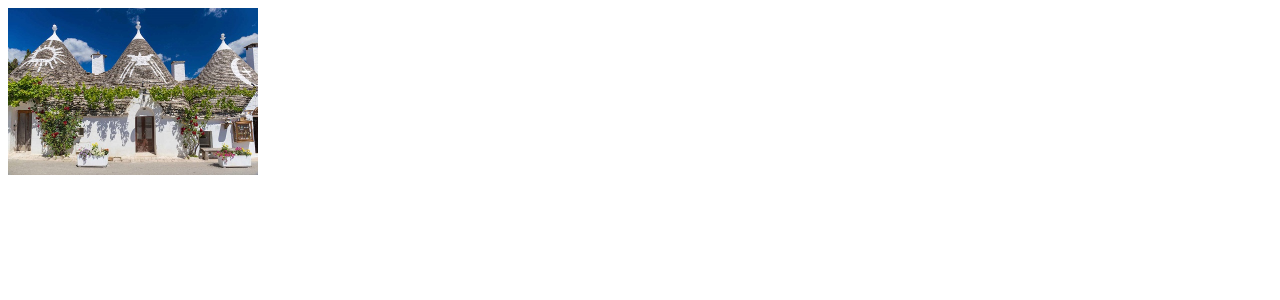
Repository: donggri1/WORKSPACE
Page: WebClass/webPro/src/main/webapp/html/days02/ex11_02.html
The author's editor kept a copy of each file at every save. The page is drawn from the files as they stood at one save, then again after the next save.
The browser window is 1280 px wide. The pictures show the whole page.

Above is the page before, as saved 2024-03-25 08:24:30.

### WebClass/webPro/src/main/webapp/html/days02/ex11_02.html
<!DOCTYPE html>
<html>
<head>
<meta charset="UTF-8">
<title>Insert title here</title>
<link rel="shortcut icon" type="image/x-icon" href="http://localhost/webPro/images/SiSt.ico">
</head>
<body>

<a href= "../images/pic_trulli.jpg"target="_blank">
	<img alt="이탈리안 튤립" src="../images/pic_trulli.jpg"width=250>

</a>
</body>
</html>

After the next save:
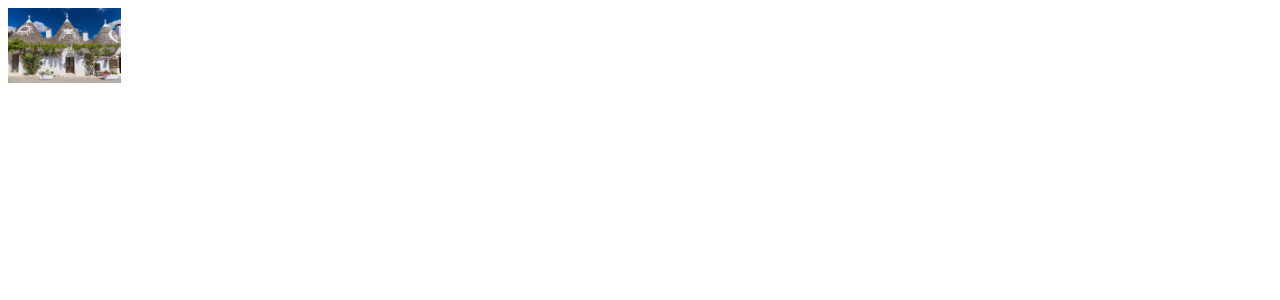
Saved 51 s later.
--- a/WebClass/webPro/src/main/webapp/html/days02/ex11_02.html
+++ b/WebClass/webPro/src/main/webapp/html/days02/ex11_02.html
@@ -8,7 +8,8 @@
 <body>
 
 <a href= "../images/pic_trulli.jpg"target="_blank">
-	<img alt="이탈리안 튤립" src="../images/pic_trulli.jpg"width=250>
+	<img alt="이탈리안 튤립" src="../images/pic_trulli.jpg"
+	style="idth: 100px;height:75px">
 
 </a>
 </body>
